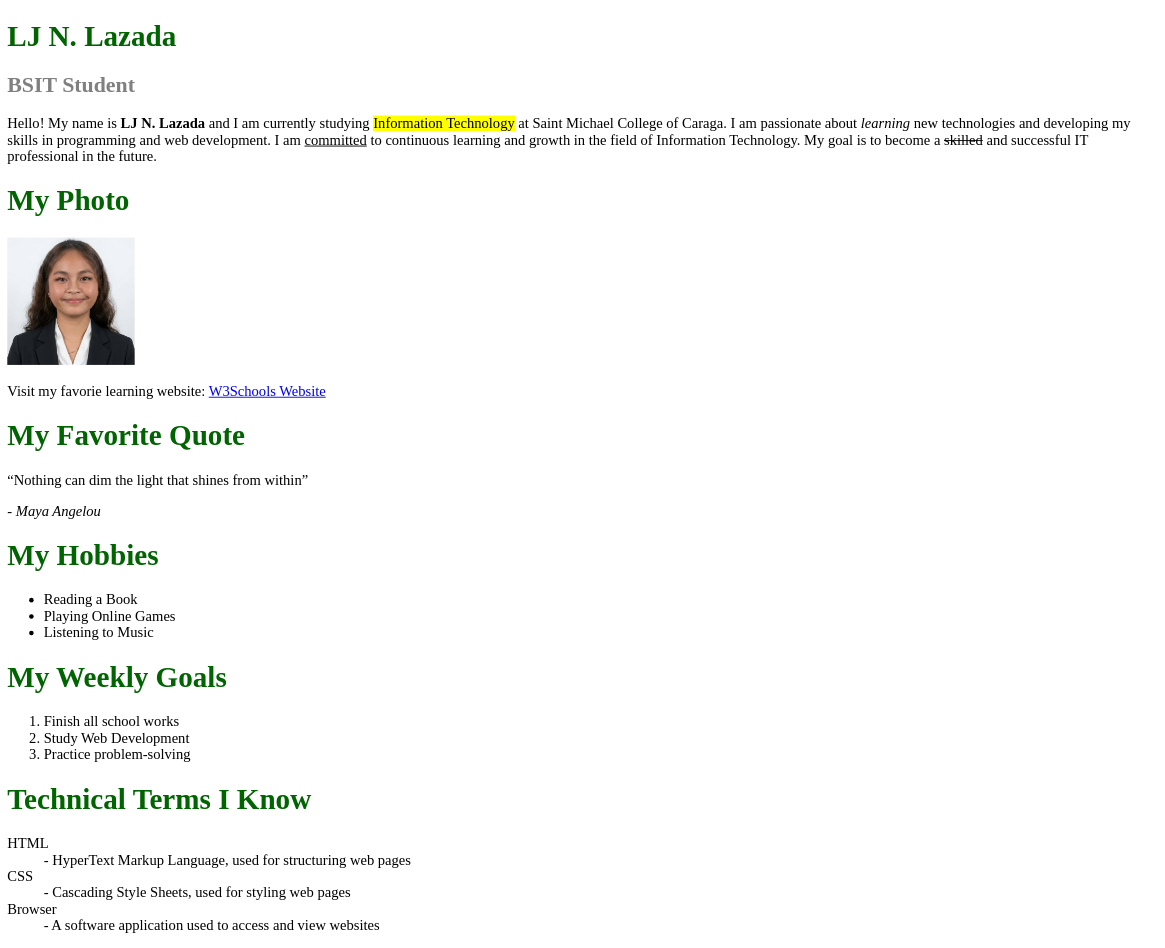
Repository: ljlazada11/myfirsthtml
Page: index.html
These files come from the project's save history. The page is drawn as it stood at one moment and after the next save; the edit follows.
The browser window is 1280 px wide. The pictures show the whole page, at 91% of full size.

Above is the page before, as saved 2026-06-24 20:23:51.

### index.html
<!DOCTYPE html>
<html lang="en">
<head>
    <meta charset="UTF-8">
    <meta name="viewport" content="width=device-width, initial-scale=1.0">
    <title>My Personal Web Profile</title>
    <link rel="icon" type="image/x-icon" href="images.png">

</head>
<body>
    <h1 style="color:darkgreen;">LJ N. Lazada</h1>
    <h2 style="color:gray;">BSIT Student</h2>
    <p>Hello! My name is <strong>LJ N. Lazada</strong> and I am currently studying <mark>Information Technology</mark> at Saint Michael College of Caraga. I am passionate about <i>learning</i> new technologies and developing my skills in programming and web development. I am <ins>committed</ins> to continuous learning and growth in the field of Information Technology. My goal is to become a <del>skilled</del> and successful IT professional in the future.</p>
</body>
    <h1 style="color:darkgreen;">My Photo</h1>
    <img src="pic.jpg" alt="My	Profile	Picture" width="140" height="140">
    <p> Visit my favorie learning website: <a href="https://www.w3schools.com/html/default.asp" target="_blank">W3Schools	Website</a></p>

<body>
    <h1 style="color:darkgreen;">My Favorite Quote</h1>
    <p><q>Nothing can dim the light that shines from within</q></p>
    <p><cite>- Maya Angelou</cite></p>
</body>
    <h1 style="color:darkgreen">My Hobbies</h1>
    <ul>
        <li>Reading a Book</li>
        <li>Playing Online Games</li>
        <li>Listening to Music</li>
    </ul>
</body>
    <h1 style="color:darkgreen">My Weekly Goals</h1>
    <ol>
        <li>Finish all school works</li>
        <li>Study Web Development</li>
        <li>Practice problem-solving</li>
    </ol>
<body>
    <h1 style="color:darkgreen">Technical Terms I Know</h1>
    <dl>
        <dt>HTML</dt>
        <dd>- HyperText Markup Language, used for structuring web pages</dd>
        <dt>CSS</dt>
        <dd>- Cascading Style Sheets, used for styling web pages</dd>
        <dt>Browser</dt>
        <dd>- A software application used to access and view websites</dd>
    </dl>
</body>


</html>

After the next save:
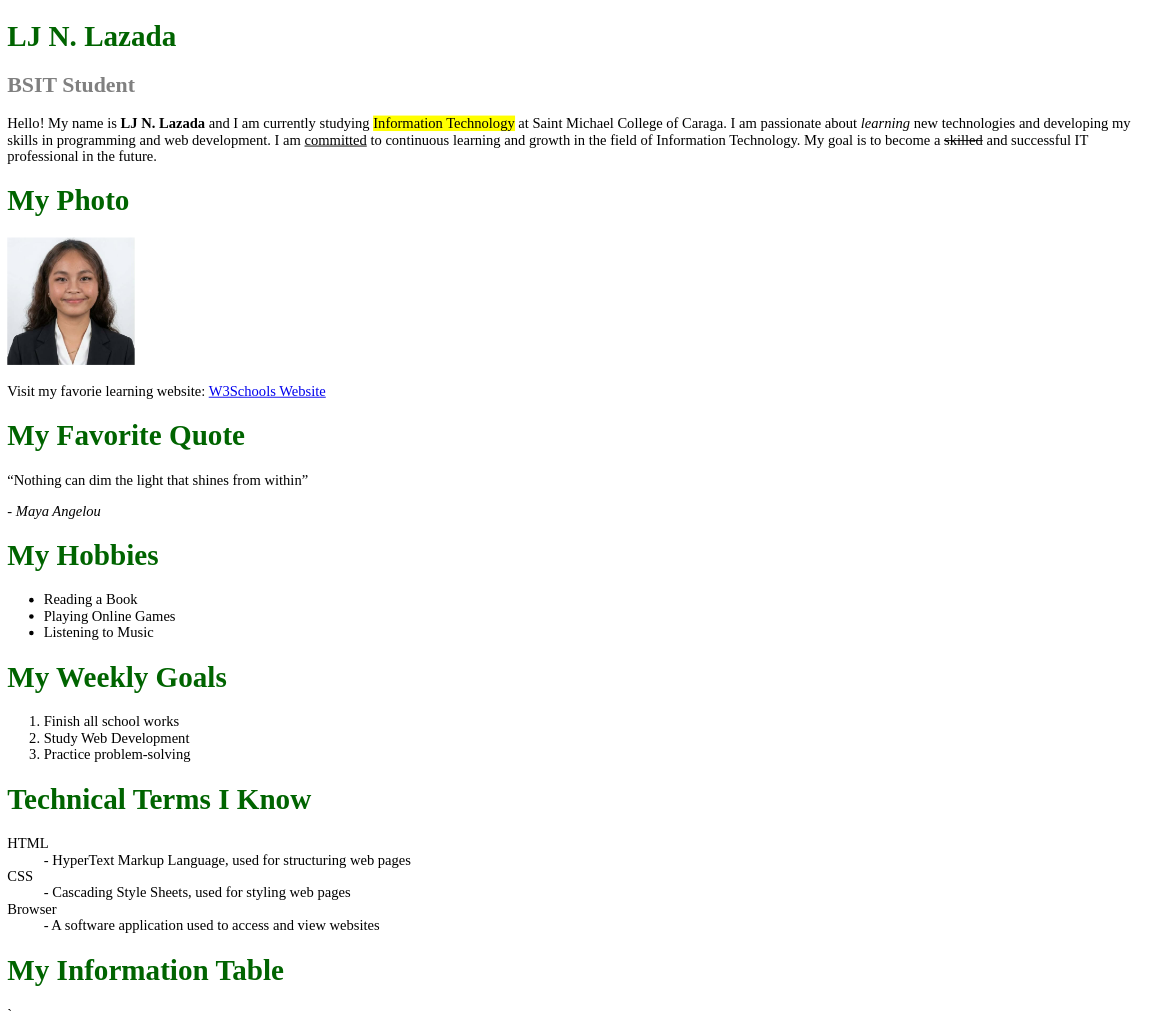
Saved 54 s later.
--- a/index.html
+++ b/index.html
@@ -45,6 +45,7 @@
         <dd>- A software application used to access and view websites</dd>
     </dl>
 </body>
+    <h1 style="color:darkgreen">My Information Table</h1>`
 
 
 </html>
